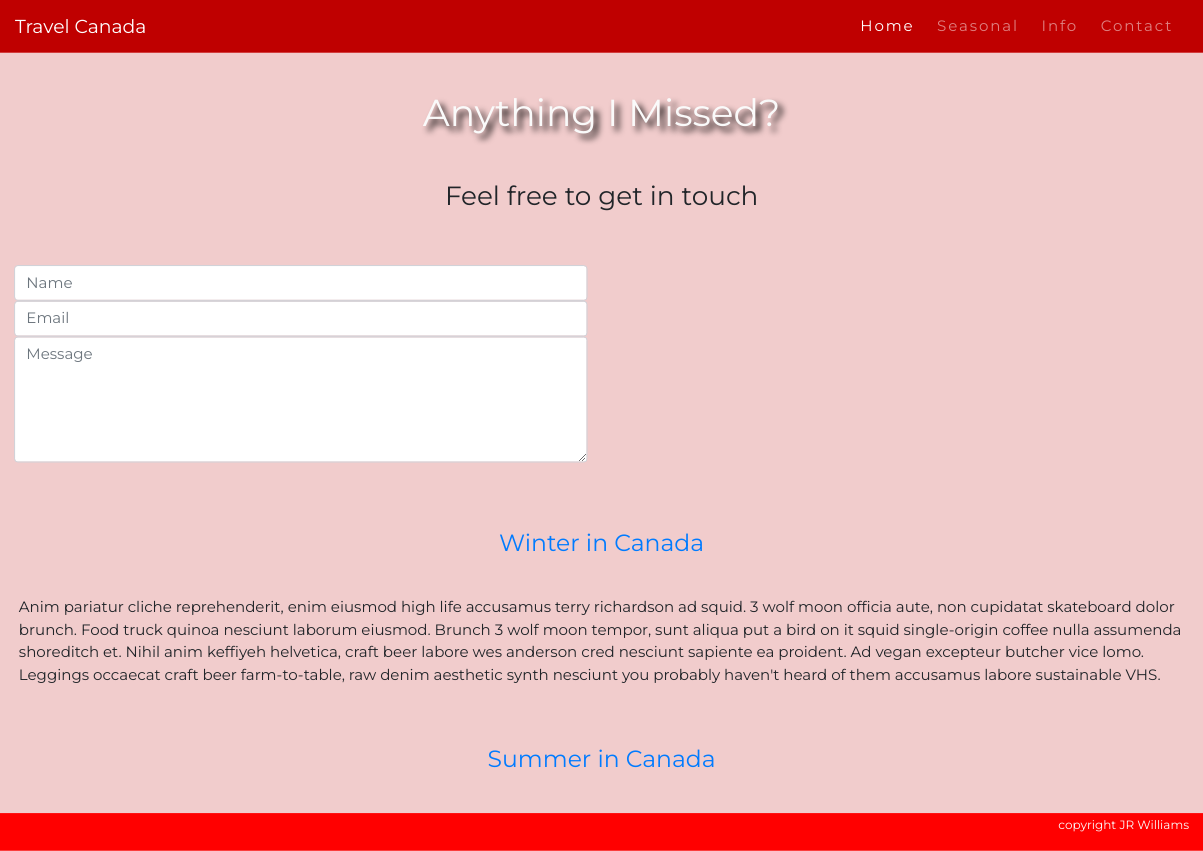
Repository: JonWil91/Travel-Canada
Page: contact.html
The author's editor kept a record of every edit. The page is drawn from the files as they stood at one moment, then again after the next edit.
The browser window is 1280 px wide. The pictures show the whole page, at 94% of full size.
Some web libraries are served in a nearby version.

Above is the page before.

After the next edit:
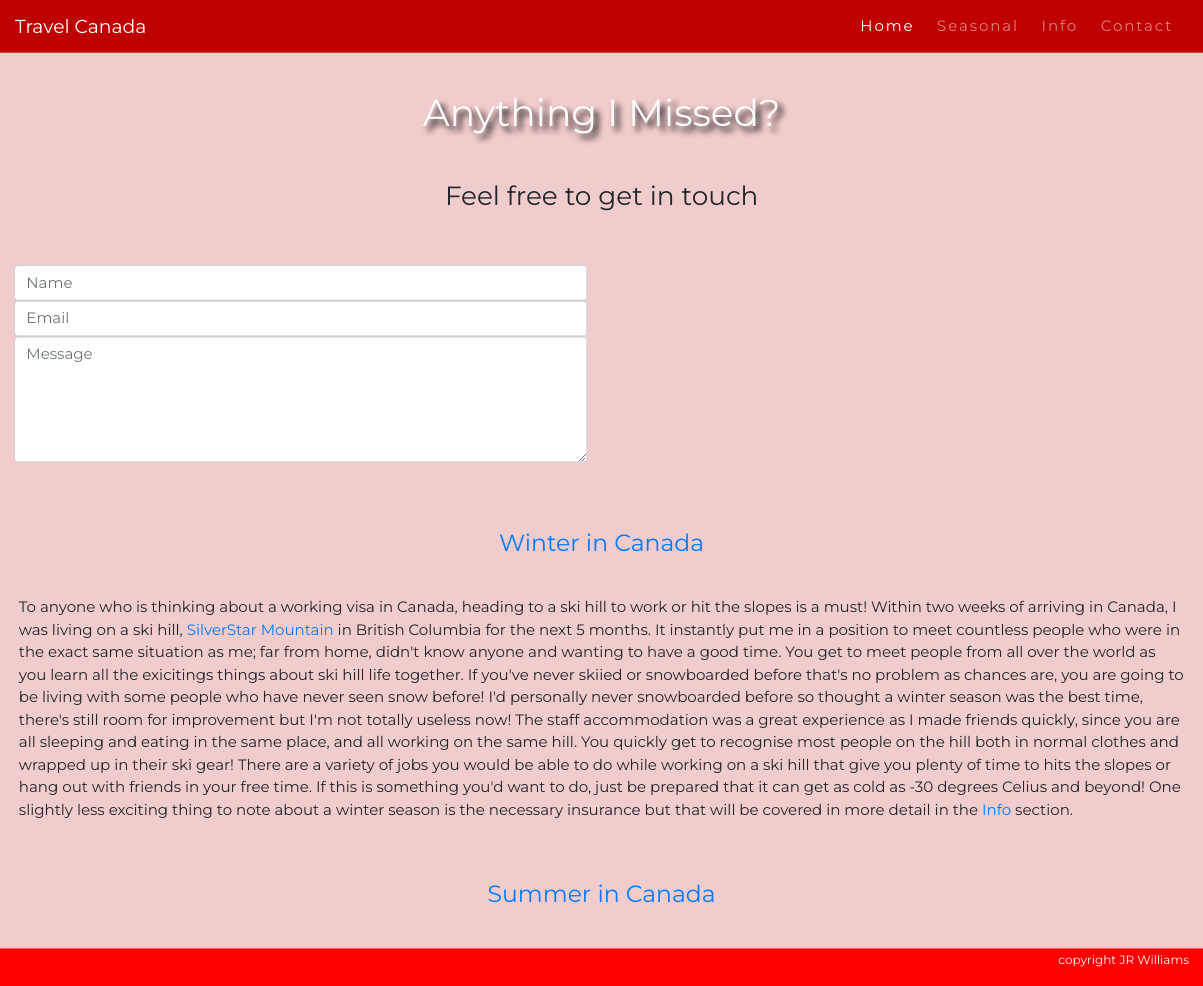
The edit:
--- a/contact.html
+++ b/contact.html
@@ -84,9 +84,12 @@
 
                 <div id="collapseOne" class="collapse show" aria-labelledby="headingOne" data-parent="#accordionExample">
                     <div class="card-body">
-                        Anim pariatur cliche reprehenderit, enim eiusmod high life accusamus terry richardson ad squid. 3 wolf moon officia aute, non cupidatat skateboard dolor brunch. Food truck quinoa nesciunt laborum eiusmod. Brunch 3 wolf moon tempor, sunt aliqua put a bird
-                        on it squid single-origin coffee nulla assumenda shoreditch et. Nihil anim keffiyeh helvetica, craft beer labore wes anderson cred nesciunt sapiente ea proident. Ad vegan excepteur butcher vice lomo. Leggings occaecat craft beer
-                        farm-to-table, raw denim aesthetic synth nesciunt you probably haven't heard of them accusamus labore sustainable VHS.
+                        To anyone who is thinking about a working visa in Canada, heading to a ski hill to work or hit the slopes is a must! Within two weeks of arriving in Canada, I was living on a ski hill, <a href="https://www.skisilverstar.com/" target="_blank">SilverStar Mountain</a>                        in British Columbia for the next 5 months. It instantly put me in a position to meet countless people who were in the exact same situation as me; far from home, didn't know anyone and wanting to have a good time. You get to meet
+                        people from all over the world as you learn all the exicitings things about ski hill life together. If you've never skiied or snowboarded before that's no problem as chances are, you are going to be living with some people who
+                        have never seen snow before! I'd personally never snowboarded before so thought a winter season was the best time, there's still room for improvement but I'm not totally useless now! The staff accommodation was a great experience
+                        as I made friends quickly, since you are all sleeping and eating in the same place, and all working on the same hill. You quickly get to recognise most people on the hill both in normal clothes and wrapped up in their ski gear!
+                        There are a variety of jobs you would be able to do while working on a ski hill that give you plenty of time to hits the slopes or hang out with friends in your free time. If this is something you'd want to do, just be prepared
+                        that it can get as cold as -30 degrees Celius and beyond! One slightly less exciting thing to note about a winter season is the necessary insurance but that will be covered in more detail in the <a href="info.html">Info</a> section.
                     </div>
                 </div>
             </div>
